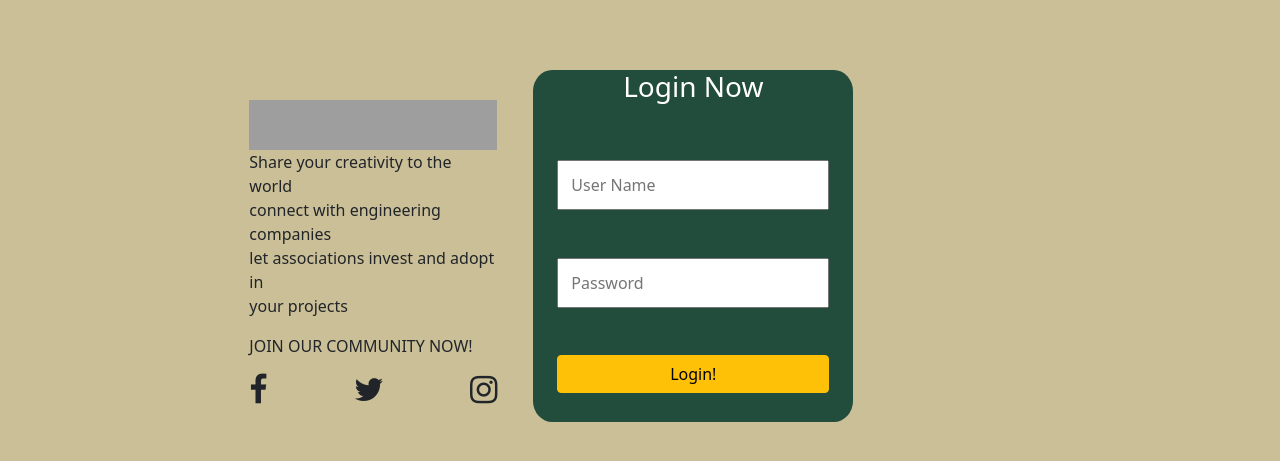
Repository: ahmadjamal-1997/Project-Taqadam
Page: http://localhost/Taqadam/WEB-INF/login.jsp
The author's editor kept a copy of each file at every save. The page is drawn from the files as they stood at one save, then again after the next save.
The browser window is 1280 px wide. The pictures show the whole page.
Pictures or frames that could not be fetched are drawn as grey boxes. The page is served by Tomcat 9. Nobody is signed in. The template is opened directly, without the code that normally fills it, so the values that code supplies are empty.

Above is the page before, as saved 2022-03-31 10:39:02.

After the next save:
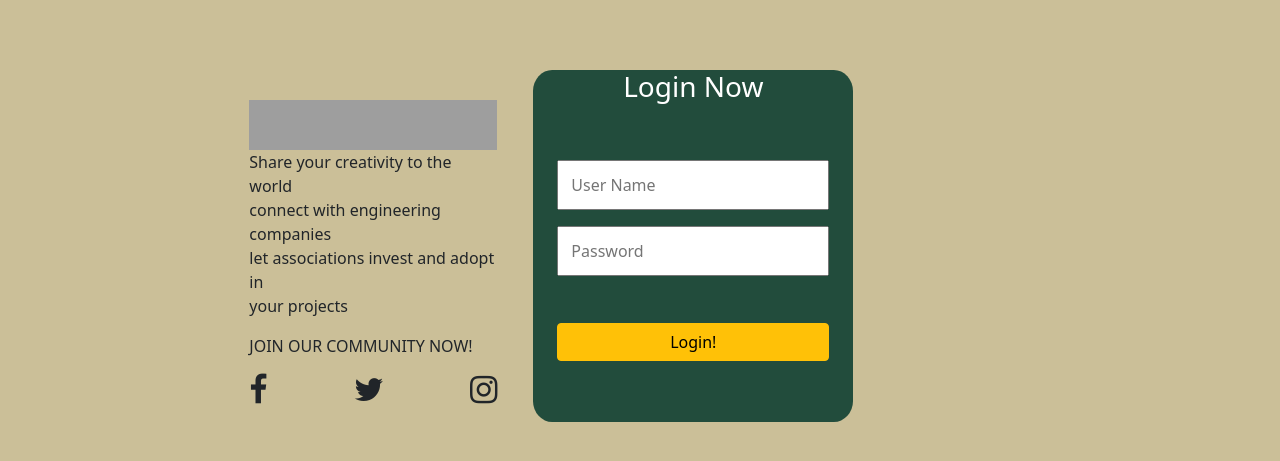
Saved 13 s later.
--- a/Taqadam-new/Taqadam-java/Taqadam-new/Taqadam/src/main/webapp/WEB-INF/login.jsp
+++ b/Taqadam-new/Taqadam-java/Taqadam-new/Taqadam/src/main/webapp/WEB-INF/login.jsp
@@ -58,7 +58,7 @@
            			 <input type="text" id="email" name="username" placeholder="User Name"/>
       			</div>
 
-            <div class="row mb-3 mt-5" style="height:50px">
+            <div class="row mb-3 mt-2" style="height:50px">
             <input type="password" id="password" name="password" placeholder="Password"/>
             </div>
             <div class="row mb-3" style="height:15px">
